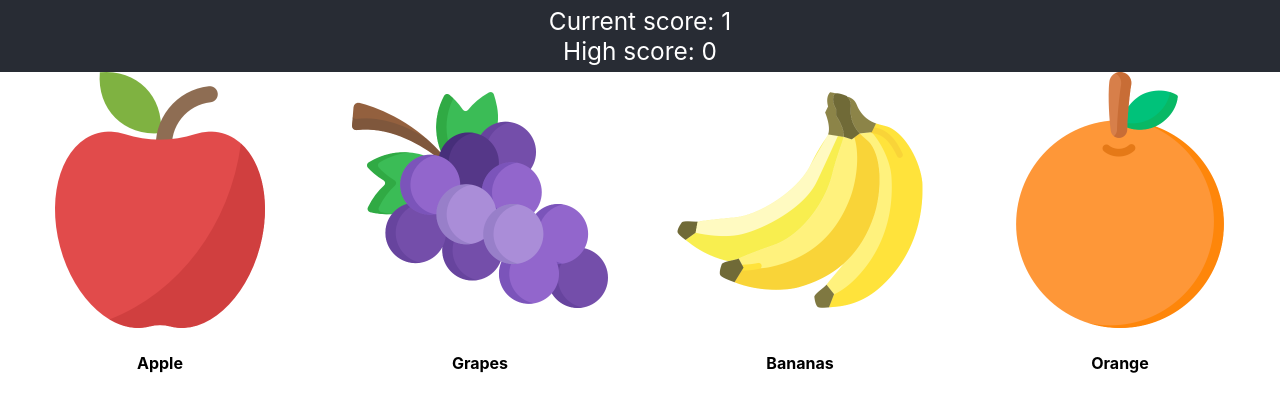
Repository: chin9/MemoryCard
Page: /
An editor plug-in stored every save of this project. The page is shown before and after a run of saves, followed by the edit.
The browser window is 1280 px wide. The pictures show the whole page.
The project was rebuilt for these pictures with package versions that can differ from the ones it lists, and the page was loaded fresh each time.

Above is the page before, as saved 2021-07-08 15:56:32.

### public/index.html
<!DOCTYPE html>
<html lang="en">
  <head>
    <meta charset="utf-8" />
    <link rel="icon" href="%PUBLIC_URL%/favicon.ico" />
    <meta name="viewport" content="width=device-width, initial-scale=1" />
    <meta name="theme-color" content="#000000" />
    <meta
      name="description"
      content="Web site created using create-react-app"
    />
    <link rel="apple-touch-icon" href="%PUBLIC_URL%/logo192.png" />
    <!--
      manifest.json provides metadata used when your web app is installed on a
      user's mobile device or desktop. See https://developers.google.com/web/fundamentals/web-app-manifest/
    -->
    <link rel="manifest" href="%PUBLIC_URL%/manifest.json" />
    <!--
      Notice the use of %PUBLIC_URL% in the tags above.
      It will be replaced with the URL of the `public` folder during the build.
      Only files inside the `public` folder can be referenced from the HTML.

      Unlike "/favicon.ico" or "favicon.ico", "%PUBLIC_URL%/favicon.ico" will
      work correctly both with client-side routing and a non-root public URL.
      Learn how to configure a non-root public URL by running `npm run build`.
    -->
    <title>Memory Card</title>
  </head>
  <body>
    <noscript>You need to enable JavaScript to run this app.</noscript>
    <div id="root"></div>
    <!--
      This HTML file is a template.
      If you open it directly in the browser, you will see an empty page.

      You can add webfonts, meta tags, or analytics to this file.
      The build step will place the bundled scripts into the <body> tag.

      To begin the development, run `npm start` or `yarn start`.
      To create a production bundle, use `npm run build` or `yarn build`.
    -->
  </body>
</html>

### src/App.js
import './App.css';
import Scoreboard from './components/Scoreboard';
import Cards from './components/Cards';
import React, { useState, useEffect } from 'react';

function App() {

  //keep track of scores
  const [score, setScore] = useState(0);
  const [highScore, setHighScore] = useState(0);

  //keep track of cards
  const [cardsClicked, setCardsClicked] = useState([]);

  // useEffect(()=>{
  //   const incrementOnClick = () => {
  //     setScore(score + 1);
  //   }

  //   document.addEventListener('click', incrementOnClick);

  //   return () => {
  //     document.removeEventListener('click', incrementOnClick);
  //   }
  // }, [score, highScore]);

  const updateScore = (id) => {
    //if cardsClicked doesn't contain id, add 1 to score, add id to cardsClicked
    //    if score > highScore, set highScore = score
    //else (if cardsClicked contains id), set score to 0, empty cardsClicked
    if (!cardsClicked.includes(id)) {
      setScore(score + 1);
      setCardsClicked([...cardsClicked, id]);
      if (score > highScore) setHighScore(score);
    } else {
      setScore(0);
      setCardsClicked([]);
    }
  }

  return (
    <div className="App">
      <header className="App-header">
        <Scoreboard score={score} highScore={highScore}/>
      </header>
      <Cards updateScore={updateScore}/>
    </div>
  );
}

export default App;

### src/App.css
.App {
  text-align: center;
}

.App-logo {
  height: 40vmin;
  pointer-events: none;
}

@media (prefers-reduced-motion: no-preference) {
  .App-logo {
    animation: App-logo-spin infinite 20s linear;
  }
}

.App-header {
  background-color: #282c34;
  height: 10vh;
  display: flex;
  flex-direction: column;
  align-items: center;
  justify-content: center;
  font-size: calc(10px + 2vmin);
  color: white;
}

.App-link {
  color: #61dafb;
}

@keyframes App-logo-spin {
  from {
    transform: rotate(0deg);
  }
  to {
    transform: rotate(360deg);
  }
}

### src/components/Scoreboard.js
import React from 'react';

const Scoreboard = (props) => {

    return (
        <div>
            <div>Current score: {props.score}</div>
            <div>High score: {props.highScore}</div>
            </div>
    )
}

export default Scoreboard;

### src/components/Cards.js
import React, {useEffect} from 'react';
import apple from '../images/apple.png';
import grapes from '../images/grapes.png';
import bananas from '../images/bananas.png';
import orange from '../images/orange-juice.png'
import '../style/Cards.css'

const Cards = (props) => {

    useEffect(()=>{
        const apple = document.getElementById(0);
        const grapes = document.getElementById(1);
        const bananas = document.getElementById(2);
        const orange = document.getElementById(3);

        const updateScoreWithFruit = (e) => {props.updateScore(e.id)};

        apple.addEventListener('click', updateScoreWithFruit(apple));
        grapes.addEventListener('click', updateScoreWithFruit(grapes));
        bananas.addEventListener('click', updateScoreWithFruit(bananas));
        orange.addEventListener('click', updateScoreWithFruit(orange));

        return ()=>{
            apple.removeEventListener('click', updateScoreWithFruit(apple));
            grapes.removeEventListener('click', updateScoreWithFruit(grapes));
            bananas.removeEventListener('click', updateScoreWithFruit(bananas));
            orange.removeEventListener('click', updateScoreWithFruit(orange));
        }

    }, []);




    return (
    <div className='card-display'>
        <div>
            <img src={apple} alt='apple' className='fruit' id={0}></img>
            <h4>Apple</h4>
        </div>
        <div>
            <img src={grapes} alt='grapes' className='fruit' id={1}></img>
            <h4>Grapes</h4>
        </div>
        <div>
            <img src={bananas} alt='bananas' className='fruit' id={2}></img>
            <h4>Bananas</h4>
        </div>
        <div>
            <img src={orange} alt='orange' className='fruit' id={3}></img>
            <h4>Orange</h4>
        </div>
    </div>
    );
}

export default Cards;

### src/style/Cards.css

.card-display {
    display: grid;
    grid-template-columns: 1fr 1fr 1fr 1fr;
}

.fruit {
    height: auto;
    width: auto;
    max-width: 20vw;
}

.fruit:hover {
    cursor: pointer;
}

Loaded but not shown: src/index.js (common file); src/index.css (common file)

After the next 2 saves:
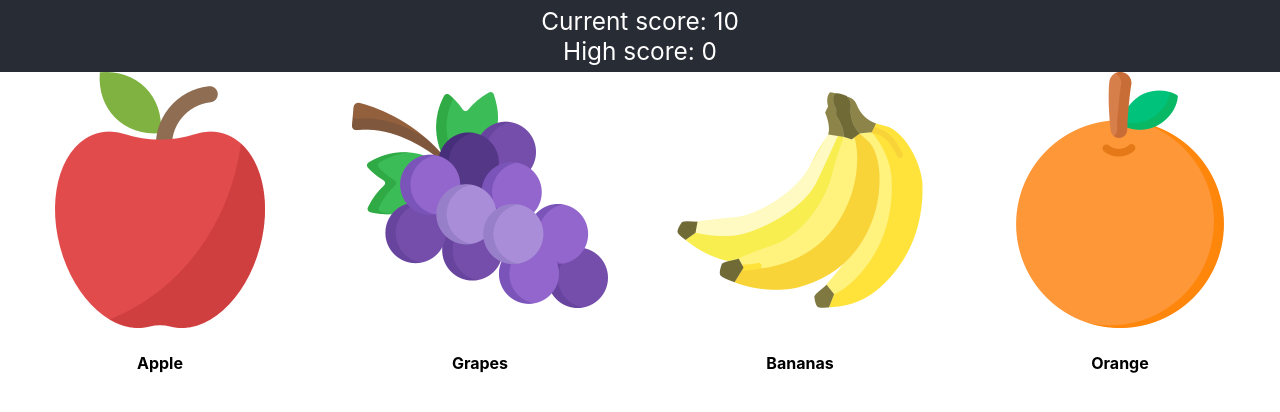
The 2 saves are shown as one change because they came seconds apart.
The last was saved 24 s later.
--- a/src/App.js
+++ b/src/App.js
@@ -29,7 +29,7 @@ function App() {
     //    if score > highScore, set highScore = score
     //else (if cardsClicked contains id), set score to 0, empty cardsClicked
     if (!cardsClicked.includes(id)) {
-      setScore(score + 1);
+      setScore(score + 10);
       setCardsClicked([...cardsClicked, id]);
       if (score > highScore) setHighScore(score);
     } else {
